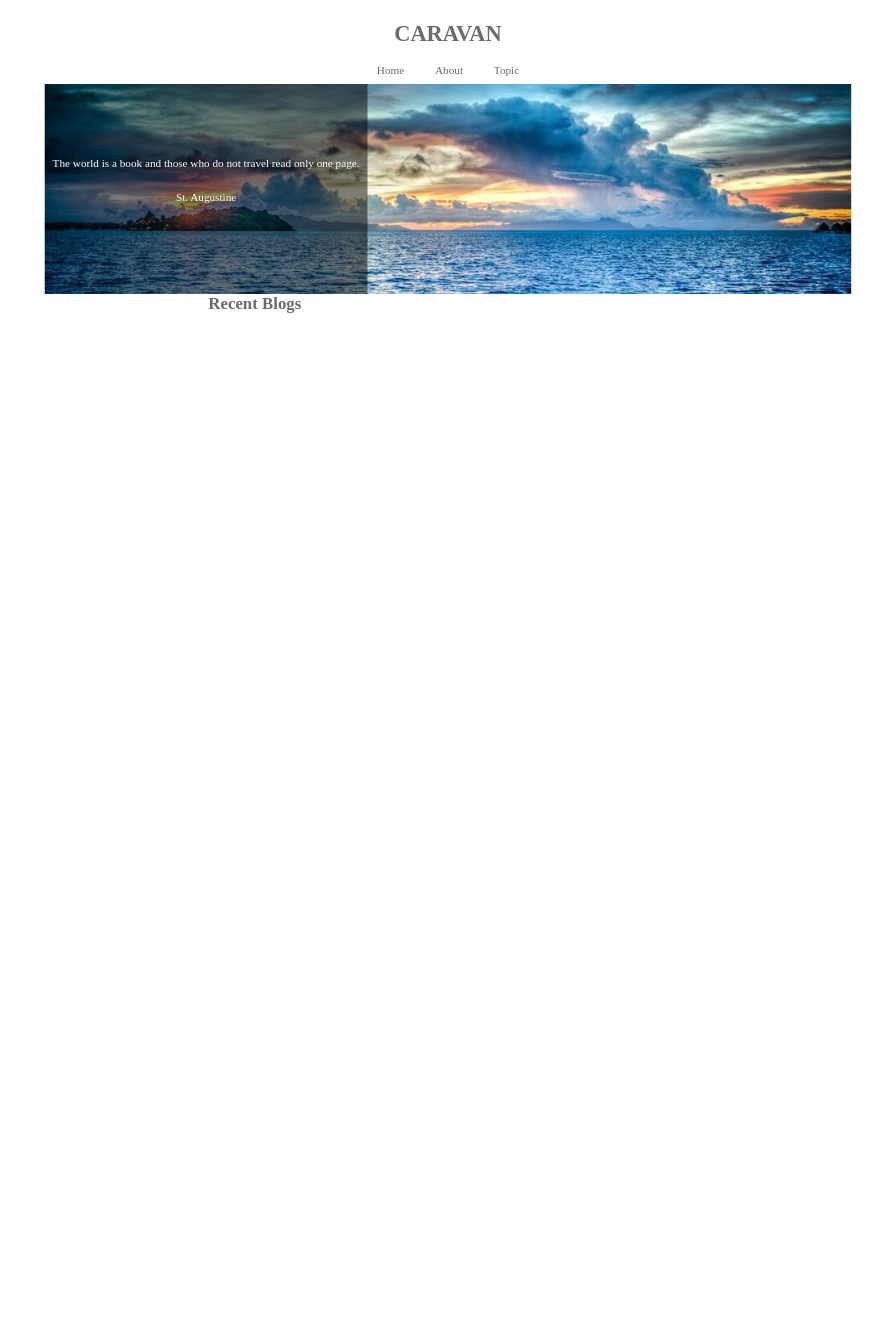
Repository: to3955/ouyoukadai1
Page: caravan/index.html
The author's editor kept a record of every edit. The page is drawn from the files as they stood at one moment, then again after the next edit.
The browser window is 1280 px wide. The pictures show the part of the page from y = 0 to 1920 px (the page is 3340 px tall), at 70% of full size.

Above is the page before.

After the next edit:
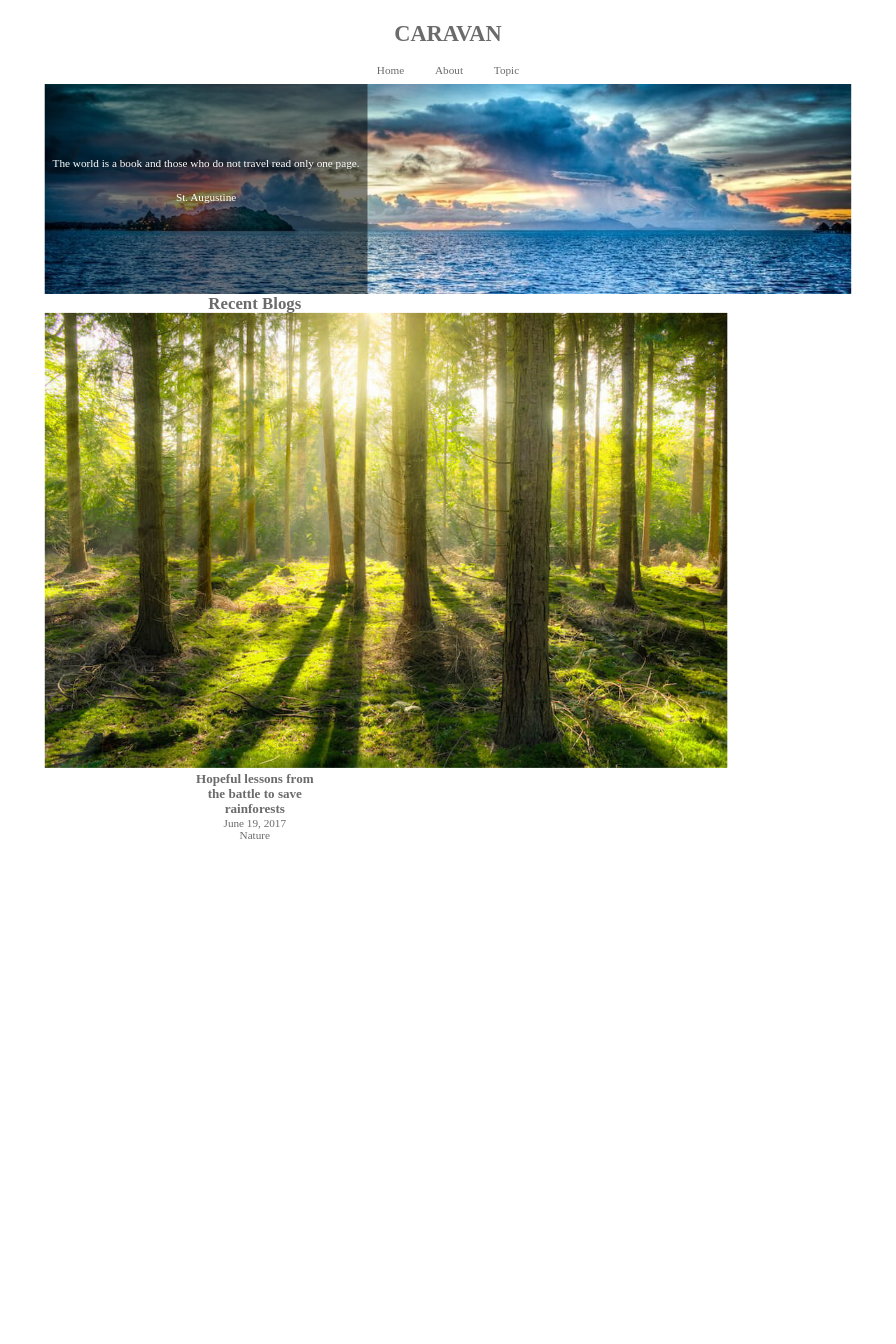
The edit:
--- a/caravan/index.html
+++ b/caravan/index.html
@@ -41,6 +41,22 @@
 
       <section class="blog">
         <h2 class="blog-heading">Recent Blogs</h2>
+
+        <div class="blog-item">
+          <img class="blog-image" src="img/forest.jpg">
+          <section class="blog-text">
+            <h3>
+              <a href="single.html">
+                Hopeful lessons from<br>
+                the battle to save<br>
+                rainforests
+              </a>
+            </h3>
+            <p>June 19, 2017</p>
+            <span class="category">Nature</span>
+          </section>
+        </div>
+
       </section>
       <div class="sidebar"></div>
     </main>
